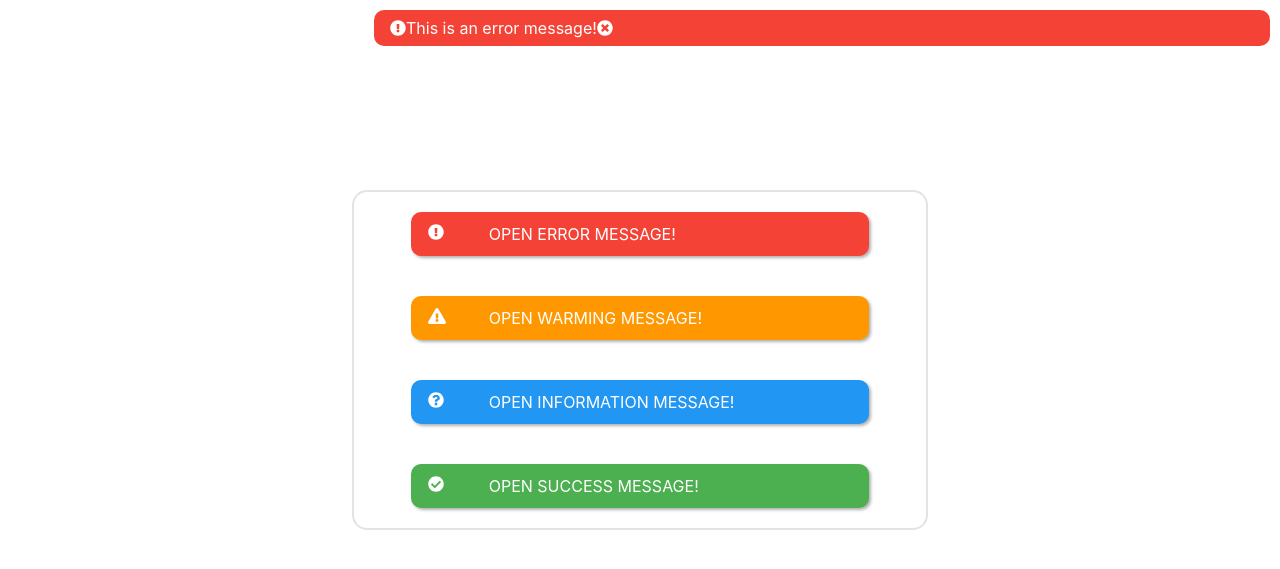
Repository: KrzysKolo/sr_tydzien5_zad2
Page: /, after clicking the first element matching `div.btn`
These files come from the project's save history. The page is drawn as it stood at one moment and after the next save; the edit follows.
The browser window is 1280 px wide. The pictures show the whole page.
The project was rebuilt for these pictures with package versions that can differ from the ones it lists, and the page was loaded fresh each time.

Above is the page before, as saved 2020-12-28 05:01:15.

After the next save:
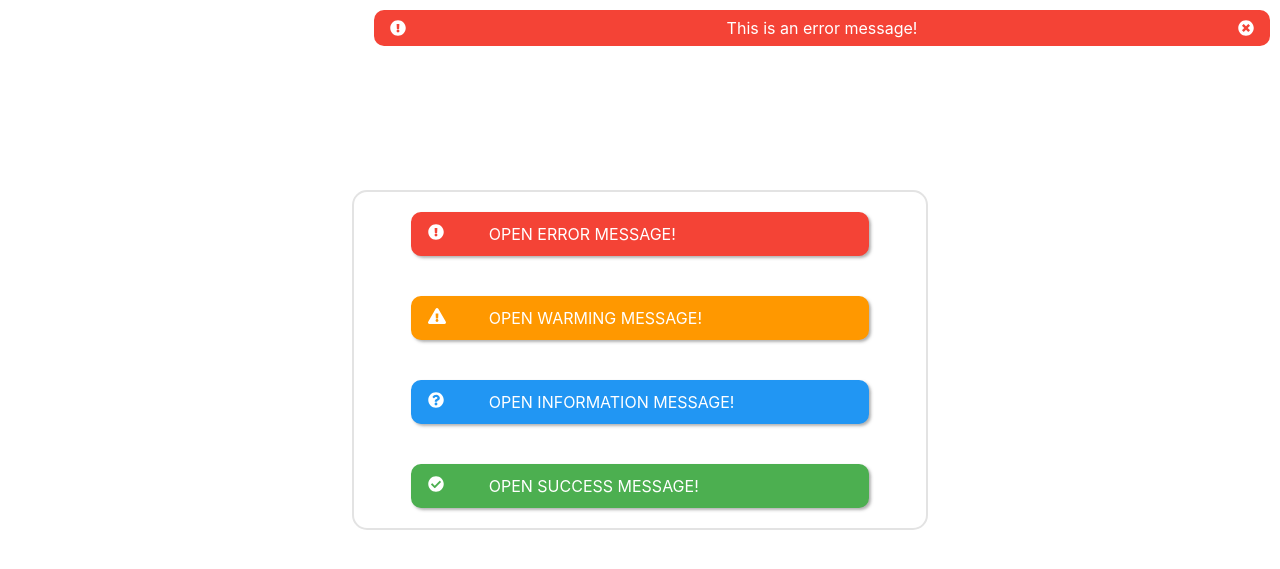
Saved 23 s later.
--- a/src/App.css
+++ b/src/App.css
@@ -39,7 +39,7 @@ body {
   width: 70%;
   display: flex;
   flex-direction: row;
-  justify-self: space-between;
+  justify-content: space-between;
   align-content: space-between;
   align-items: space-between;
   line-height: 1rem;
